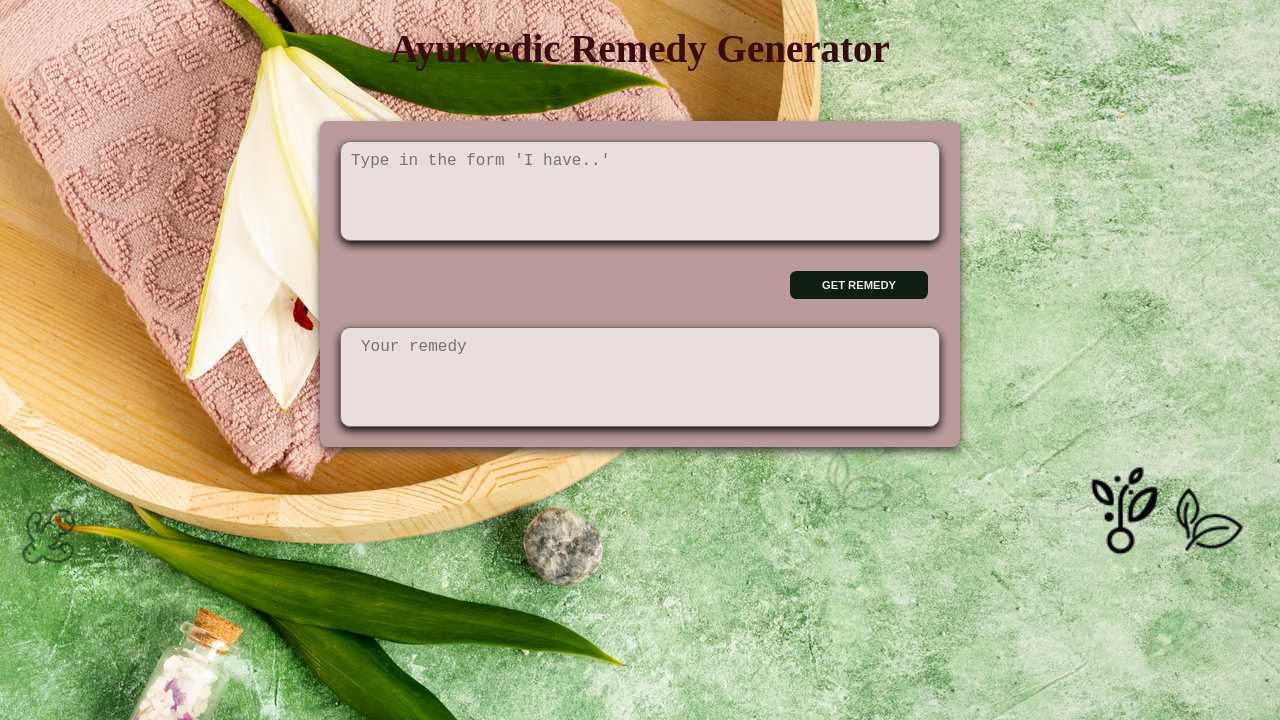
Repository: krutarthh/Ayurvedic-Remedy
Page: index.html
An editor plug-in stored every save of this project. The page is shown before and after the next save, followed by the edit.
The browser window is 1280 px wide. The pictures show the whole page.

Above is the page before, as saved 2024-04-10 15:51:27.

After the next save:
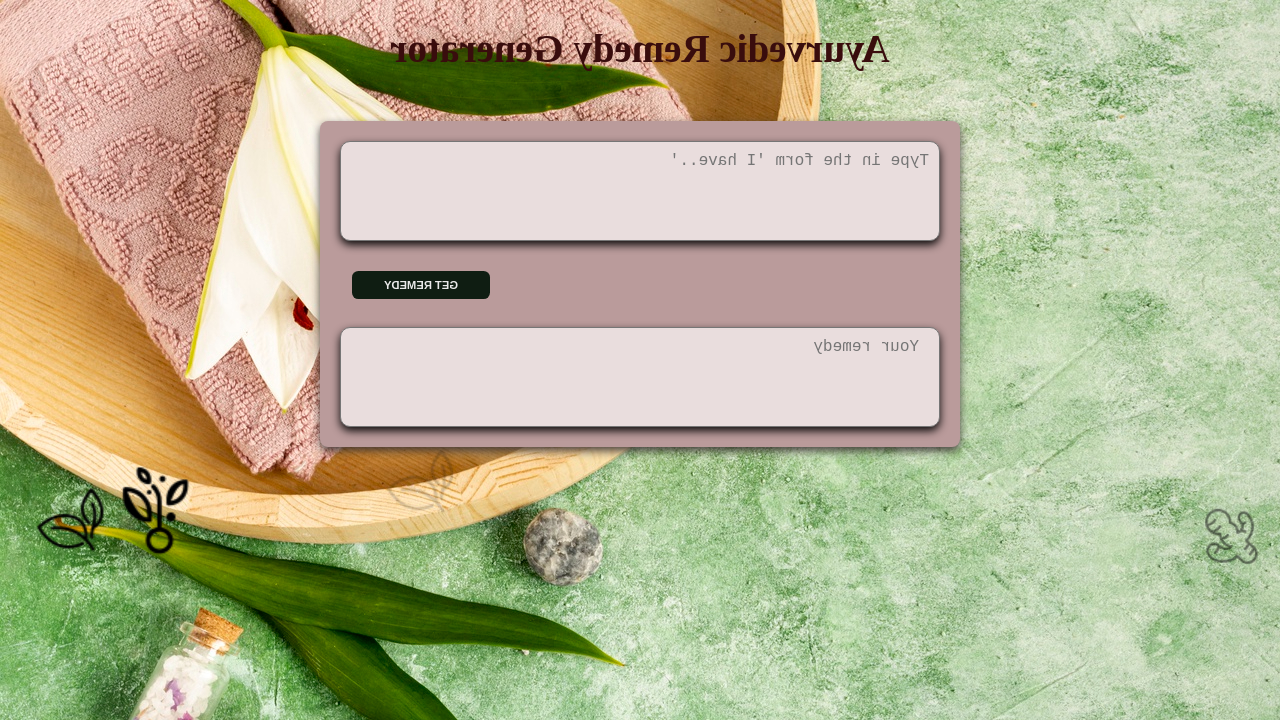
Saved 17 s later.
--- a/app.css
+++ b/app.css
@@ -2,6 +2,7 @@
 body {
     background: #ceabab;
     background-image: url(images/2148290902.jpg) ;
+    transform: scaleX(-1);
 }
 .container {
 

After the save that followed:
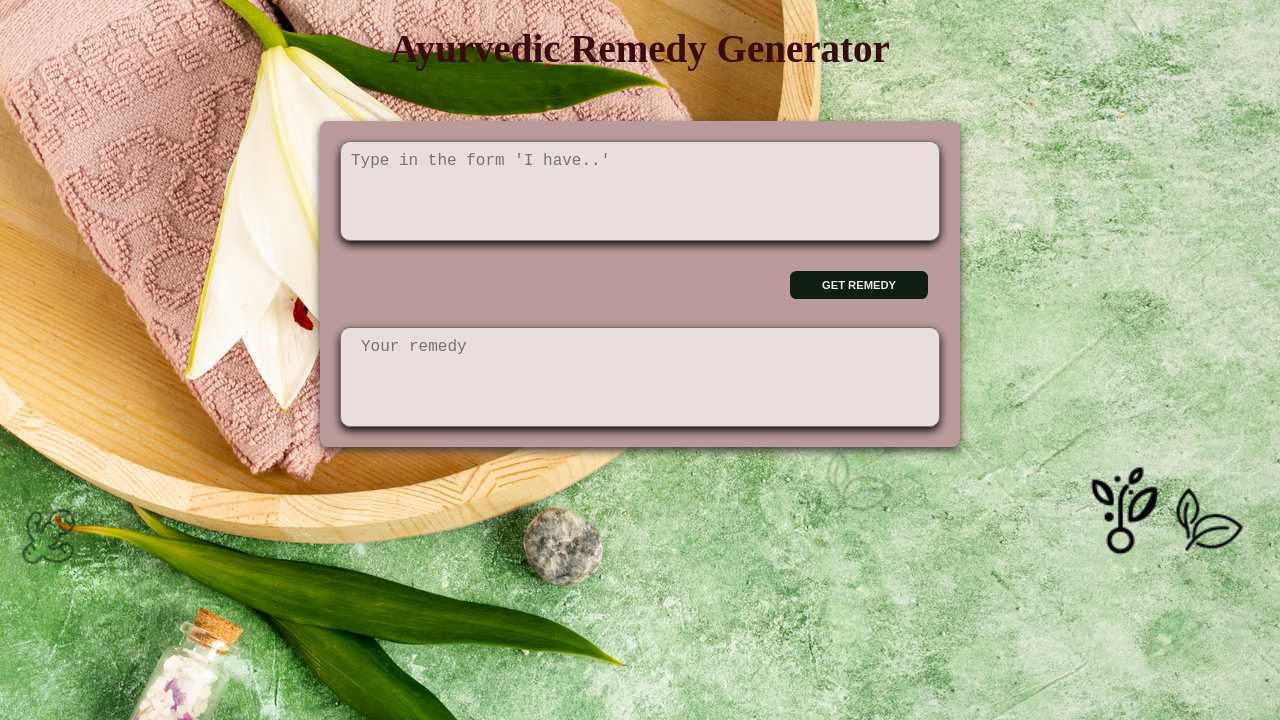
Saved 9 s later.
--- a/app.css
+++ b/app.css
@@ -2,7 +2,7 @@
 body {
     background: #ceabab;
     background-image: url(images/2148290902.jpg) ;
-    transform: scaleX(-1);
+
 }
 .container {
 
